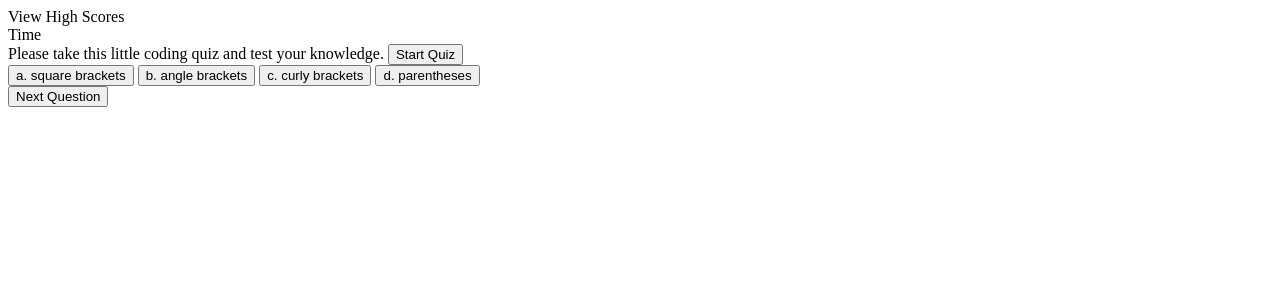
Repository: Naomilounsbury/code-quiz
Page: index.html
The author's editor kept a copy of each file at every save. The page is drawn from the files as they stood at one save, then again after the next save.
The browser window is 1280 px wide. The pictures show the whole page.

Above is the page before, as saved 2021-11-27 11:26:21.

After the next save:
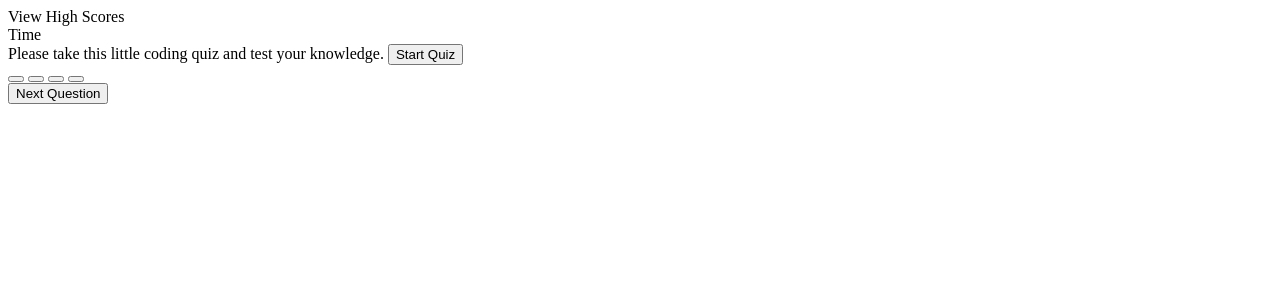
Saved 110 s later.
--- a/index.html
+++ b/index.html
@@ -29,16 +29,16 @@
  <div id="question" class="question" >
 
      <button id="a">
-         a. square brackets
+
      </button>
      <button id="b">
-         b. angle brackets
+
      </button>
      <button id="c">
-        c. curly brackets
+
      </button>
      <button id="d">
-         d. parentheses
+
      </button>
 
 
